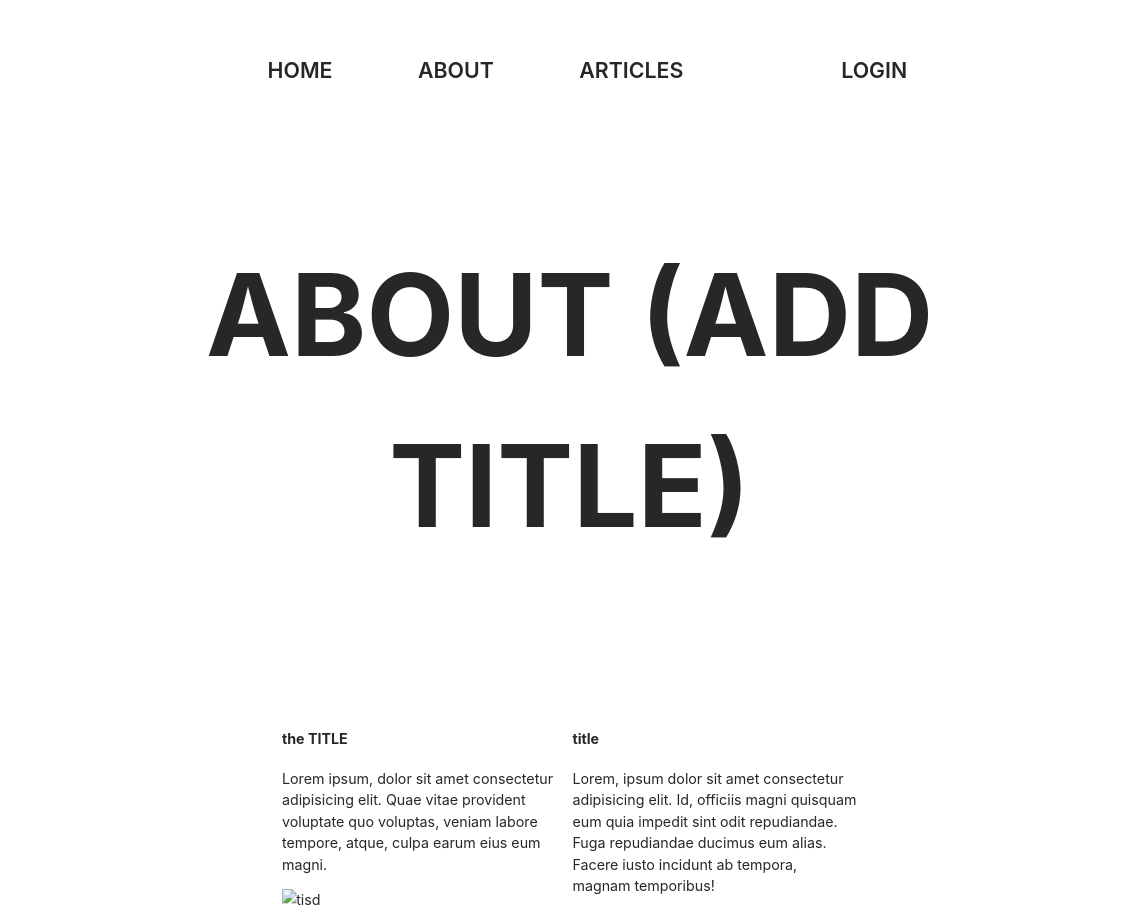
Repository: ValGrace/-static-site
Page: /about (app in client/)
The author's editor kept a copy of each file at every save. The page is drawn from the files as they stood at one save, then again after the next save.
The browser window is 1280 px wide. The pictures show the whole page, at 89% of full size.
The project was rebuilt for these pictures with package versions that can differ from the ones it lists, and the page was loaded fresh each time. Also part of the build but not shown: client/vite.config.js, client/src/Utils/appwrite.js, client/src/Components/Inputs.css, client/src/Components/Login.jsx, client/src/Components/Signup.jsx, client/src/Components/HomeSection.jsx, client/src/Components/TopSection.jsx, client/src/Pages/HomePage.jsx.

Above is the page before, as saved 2023-02-06 05:17:21.

After the next save:
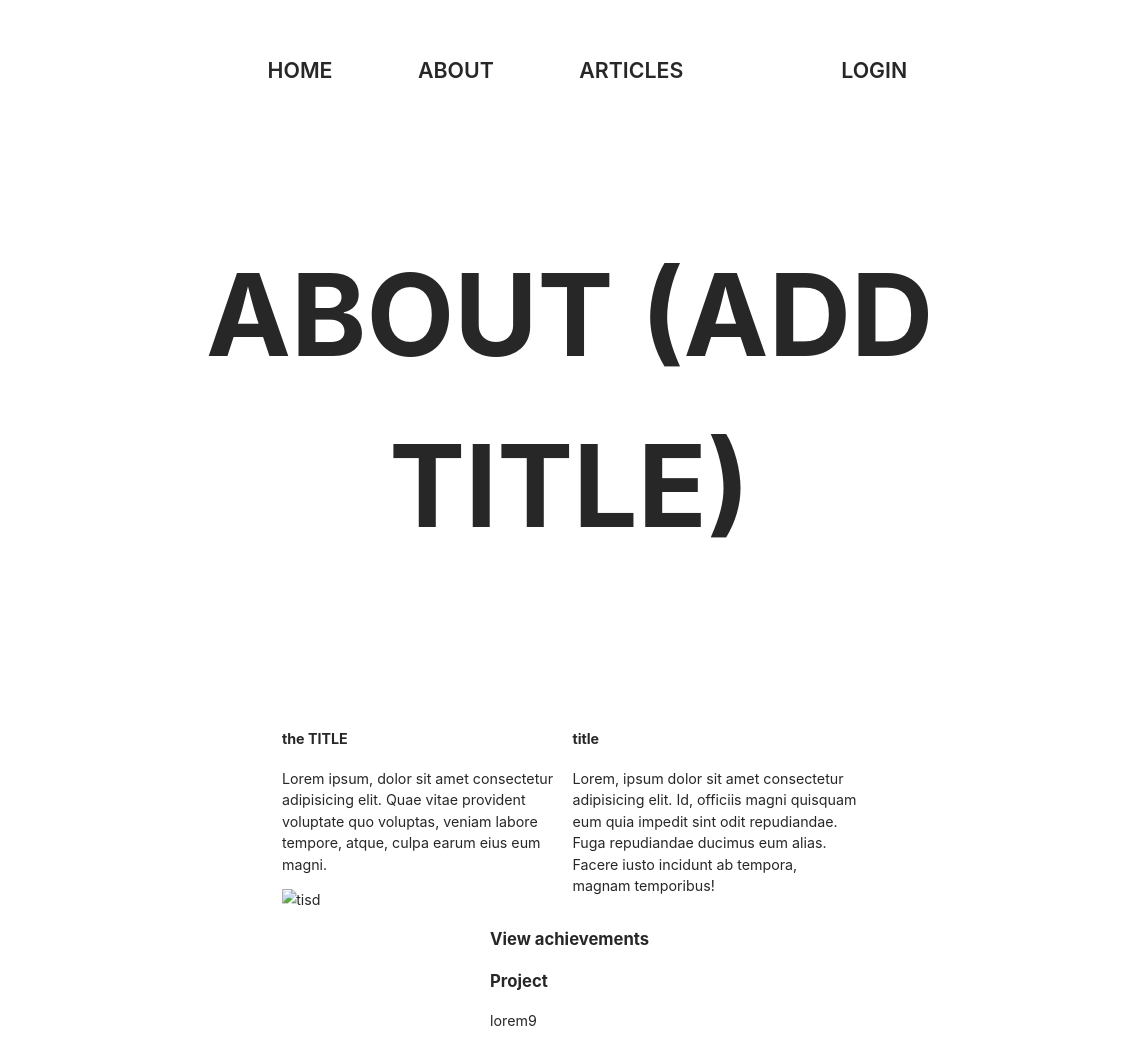
Saved 5 min 32 s later.
--- a/client/src/Pages/aboutPage.jsx
+++ b/client/src/Pages/aboutPage.jsx
@@ -19,6 +19,13 @@ const AboutPage = () => {
         </div>
 
     </div>
+    <div>
+        <h3>View achievements</h3>
+        <div>
+            <h3>Project</h3>
+            <p>lorem9</p>
+        </div>
+    </div>
     </>
    )
 }
